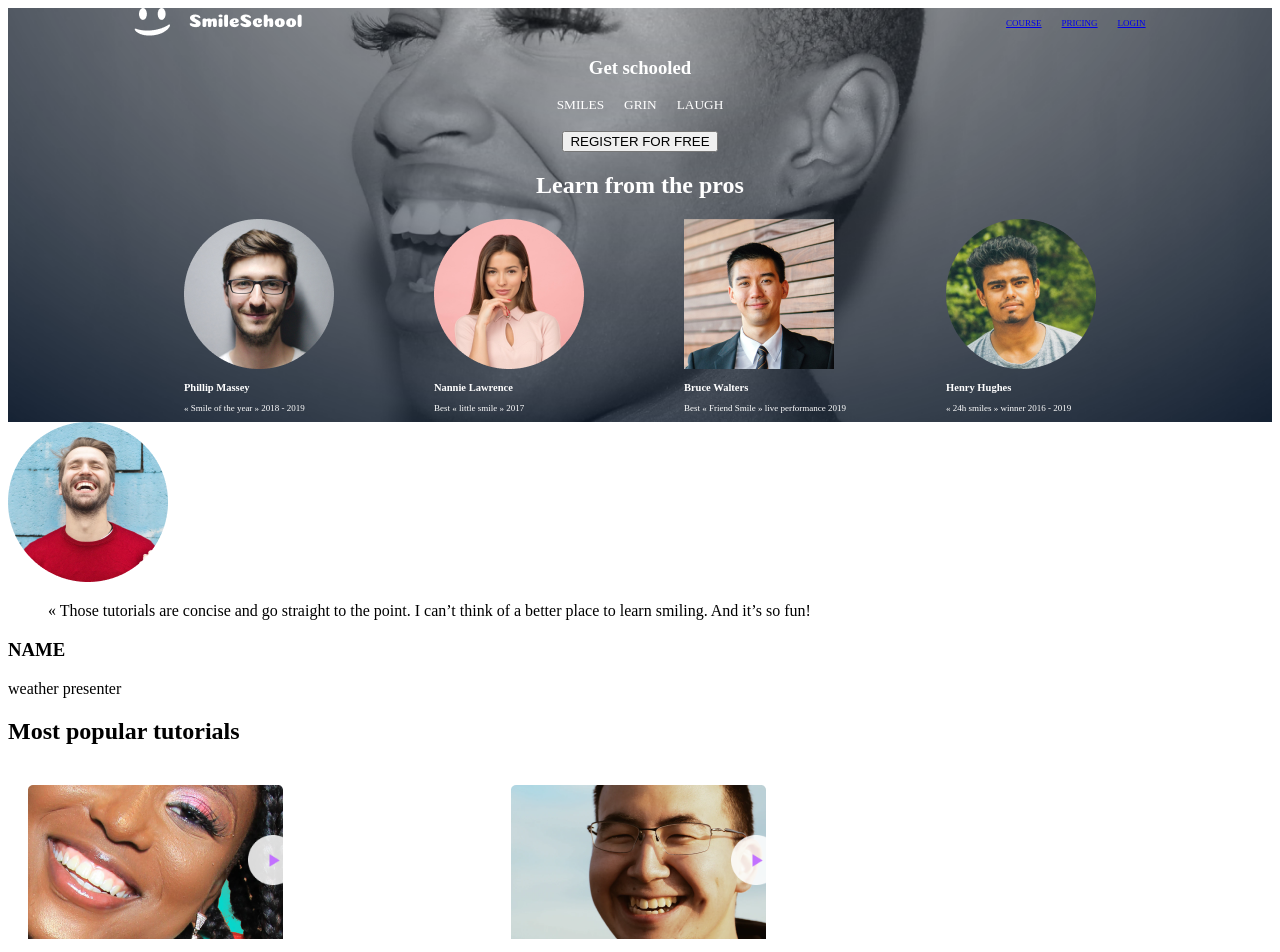
Repository: mwihakiann/alx_html_css
Page: css_advanced/index.html
An editor plug-in stored every save of this project. The page is shown before and after a run of saves, followed by the edit.
The browser window is 1280 px wide. The pictures show the part of the page from y = 0 to 952 px (the page is 3272 px tall).
A picture or video elsewhere on the page could not be fetched, so the positions and the page height are approximate. Some web libraries are served in a nearby version.

Above is the page before, as saved 2025-09-28 17:55:50.

### css_advanced/index.html
<!DOCTYPE html>
<html lang="en">
<head>
  <meta charset="UTF-8">
  <meta name="viewport" content="width=device-width, initial-scale=1.0">
  <script src="https://kit.fontawesome.com/4a2b055604.js" crossorigin="anonymous"></script>
  <title>Document</title>
  <link rel="stylesheet" href="styles.css">
</head>
<body>
    <section class="first-page">
  <header>
    <nav>
      <img src="./images/logo.png" alt="logo">
      <ul>
        <li><a href="#">COURSE</a></li>
        <li><a href="#">PRICING</a></li>
        <li><a href="#">LOGIN</a></li>
      </ul>
    </nav>
  </header>

  <main>
    <section>
      <div class="intro">
        <h1>Get schooled</h1>
        <div class="horizontal-stack">
        <span>SMILES</span>
        <span>GRIN</span>
        <span>LAUGH</span>
        </div>
        <br>
        <button>REGISTER FOR FREE</button>
      </div>
      <div class="learn-from-pros">
        <h2>Learn from the pros</h2>
        <div class="pros">
          <div>
            <img src="./images/1.png" alt="">
            <h3>Phillip Massey</h3>
            <p>« Smile of the year » 2018 - 2019</p>
          </div>
          <div>
            <img src="./images/3.png" alt="">
            <h3>Nannie Lawrence</h3>
            <p>Best « little smile » 2017</p>
          </div>
          <div>
            <img src="./images/2.png" alt="">
            <h3>Bruce Walters</h3>
            <p>Best « Friend Smile » live performance 2019</p>
          </div>
          <div>
            <img src="./images/4.png" alt="">
            <h3>Henry Hughes</h3>
            <p>« 24h smiles » winner 2016 - 2019</p>
          </div>
        </div>
      </div>
    </section>
</section>

    <section>
      <div>
        <img src="./images/5.png" alt="image">
      </div>
      <div>
        <blockquote>« Those tutorials are concise and go straight to the point. I can’t think of a better place to learn smiling. And it’s so fun!</blockquote>
        <h3>NAME</h3>
        <p>weather presenter</p>
      </div>
    </section>

    <section>
      <h2>Most popular tutorials</h2>

      <div class="tutorial-card">
        <img src="./images/9.png" alt="Diagonal Smile">
        <img src="./images/play.png" alt="play button" class="play-btn">
        <h3>Diagonal Smile</h3>
        <p>Lorem ipsum dolor sit amet, consect adipiscing elit, sed do eiusmod.</p>
        <div>
          <img src="./images/1 (3).png" alt="">
          <h4>Phillip Massey</h4>
        </div>
        <div>
          <div><i class="fa-solid fa-star"></i></div>
          <div><i class="fa-solid fa-star"></i></div>
          <div><i class="fa-solid fa-star"></i></div>
          <div><i class="fa-solid fa-star"></i></div>
          <div><i class="fa-solid fa-star"></i></div>
        </div>
        <p>8 min</p>
      </div>

      <div class="tutorial-card">
        <img src="./images/6.png" alt="Happy Smile">
        <img src="./images/play.png" alt="play button" class="play-btn">
        <h3>Happy Smile</h3>
        <p>Lorem ipsum dolor sit amet, consect adipiscing elit, sed do eiusmod.</p>
        <div>
          <img src="./images/1 (3).png" alt="">
          <h4>Phillip Massey</h4>
        </div>
        <div>
          <div><i class="fa-solid fa-star"></i></div>
          <div><i class="fa-solid fa-star"></i></div>
          <div><i class="fa-solid fa-star"></i></div>
          <div><i class="fa-solid fa-star"></i></div>
          <div><i class="fa-solid fa-star"></i></div>
        </div>
        <p>8 min</p>
      </div>

      <div class="tutorial-card">
        <img src="./images/8.png" alt="Natural Smile">
        <img src="./images/play.png" alt="play button" class="play-btn">
        <h3>Natural Smile</h3>
        <p>Lorem ipsum dolor sit amet, consect adipiscing elit, sed do eiusmod.</p>
        <div>
          <img src="./images/1.png" alt="">
          <h4>Phillip Massey</h4>
        </div>
        <div>
          <div><i class="fa-solid fa-star"></i></div>
          <div><i class="fa-solid fa-star"></i></div>
          <div><i class="fa-solid fa-star"></i></div>
          <div><i class="fa-solid fa-star"></i></div>
          <div><i class="fa-solid fa-star"></i></div>
        </div>
        <p>8 min</p>
      </div>

      <div class="tutorial-card">
        <img src="./images/7.png" alt="Sad Smile">
        <img src="./images/play.png" alt="play button" class="play-btn">
        <h3>Sad Smile</h3>
        <p>Lorem ipsum dolor sit amet, consect adipiscing elit, sed do eiusmod.</p>
        <div>
          <img src="./images/1.png" alt="">
          <h4>Phillip Massey</h4>
        </div>
        <div>
          <div><i class="fa-solid fa-star"></i></div>
          <div><i class="fa-solid fa-star"></i></div>
          <div><i class="fa-solid fa-star"></i></div>
          <div><i class="fa-solid fa-star"></i></div>
          <div><i class="fa-solid fa-star"></i></div>
        </div>
        <p>8 min</p>
      </div>
    </section>

    <section>
      <h2>Free membership</h2>
      <div>
        <img src="./images/smile.png" alt="">
        <h3>Lorem Ipsum</h3>
        <p>Lorem ipsum dolor sit amet, consectetur adipiscing elit.</p>
      </div>
      <div>
        <img src="./images/smile.png" alt="">
        <h3>Lorem Ipsum</h3>
        <p>Lorem ipsum dolor sit amet, consectetur adipiscing elit.</p>
      </div>
      <div>
        <img src="./images/smile.png" alt="">
        <h3>Lorem Ipsum</h3>
        <p>Lorem ipsum dolor sit amet, consectetur adipiscing elit.</p>
      </div>
      <div>
        <img src="./images/smile.png" alt="">
        <h3>Lorem Ipsum</h3>
        <p>Lorem ipsum dolor sit amet, consectetur adipiscing elit.</p>
      </div>
      <button>REGISTER FOR FREE</button>
    </section>

    <section>
      <h2>F.A.Q</h2>
      <div>
        <div>
          <div>
            <h3>How does this work?</h3>
          </div>
          <div>
            Lorem ipsum dolor sit amet, consectetur adipiscing elit, sed do eiusmod tempor incididunt ut labore et dolore magna aliqua.
          </div>

          <div>
            <h3>How does this work?</h3>
          </div>
          <div>
            Lorem ipsum dolor sit amet, consectetur adipiscing elit, sed do eiusmod tempor incididunt ut labore et dolore magna aliqua.
          </div>
        </div>
        <div>
          <div>
            <h3>How does this work?</h3>
          </div>
          <div>
            Lorem ipsum dolor sit amet, consectetur adipiscing elit, sed do eiusmod tempor incididunt ut labore et dolore magna aliqua.
          </div>
          <div>
            <h3>How does this work?</h3>
          </div>
          <div>
            Lorem ipsum dolor sit amet, consectetur adipiscing elit, sed do eiusmod tempor incididunt ut labore et dolore magna aliqua.
          </div>
        </div>
      </div>
    </section>
  </main>

  <footer>
    <section>
      <div>
        <img src="./images/logo.png" alt="logo">
        <div>
          <i class="fa-brands fa-facebook"></i>
          <i class="fa-brands fa-twitter"></i>
          <i class="fa-brands fa-instagram"></i>
        </div>
      </div>
      <p>©smileschool 2020</p>
    </section>
  </footer>
</body>
</html>

### css_advanced/styles.css
nav ul{
    display: flex;
    gap: 20px;
    list-style: none;
    color: white;
    text-decoration: none;
}
nav{
    display: flex;
    justify-content: space-between;
    align-items: center;
    margin-left: 10%;
    margin-right: 10%;
    font-size: xx-small;
}
.first-page{
    background-image: url(./images/Object.png);
    background-size: cover;
    background-position: center;
    color: white;
}
.intro{
    display: flex;
    flex-direction: column;
    justify-content: center;
    align-items: center;
    gap: 0;
}
h1{
    font-size: 40;
}
.learn-from-pros{
    display: flex;
    flex-direction: column;
    justify-content: center;
    align-items: center;
    font-size: medium;
}
.pros{
    display: flex;
    font-size:xx-small;
    gap: 100px;
}
.horizontal-stack{
   display: flex;
    gap: 20px;
    font-size: smaller;
}
.tutorial-card {
    position: relative;
    display: inline-block;
    margin: 20px;
  }

  .tutorial-card img {
    display: block;
  }

  .tutorial-card .play-btn {
    position: absolute;
    top: 50px;
    left: 50%;
    transform: translateX(-50 -50%);
    width: 50px;
    height: 50px;
    pointer-events: none;
  }

After the next 2 saves:
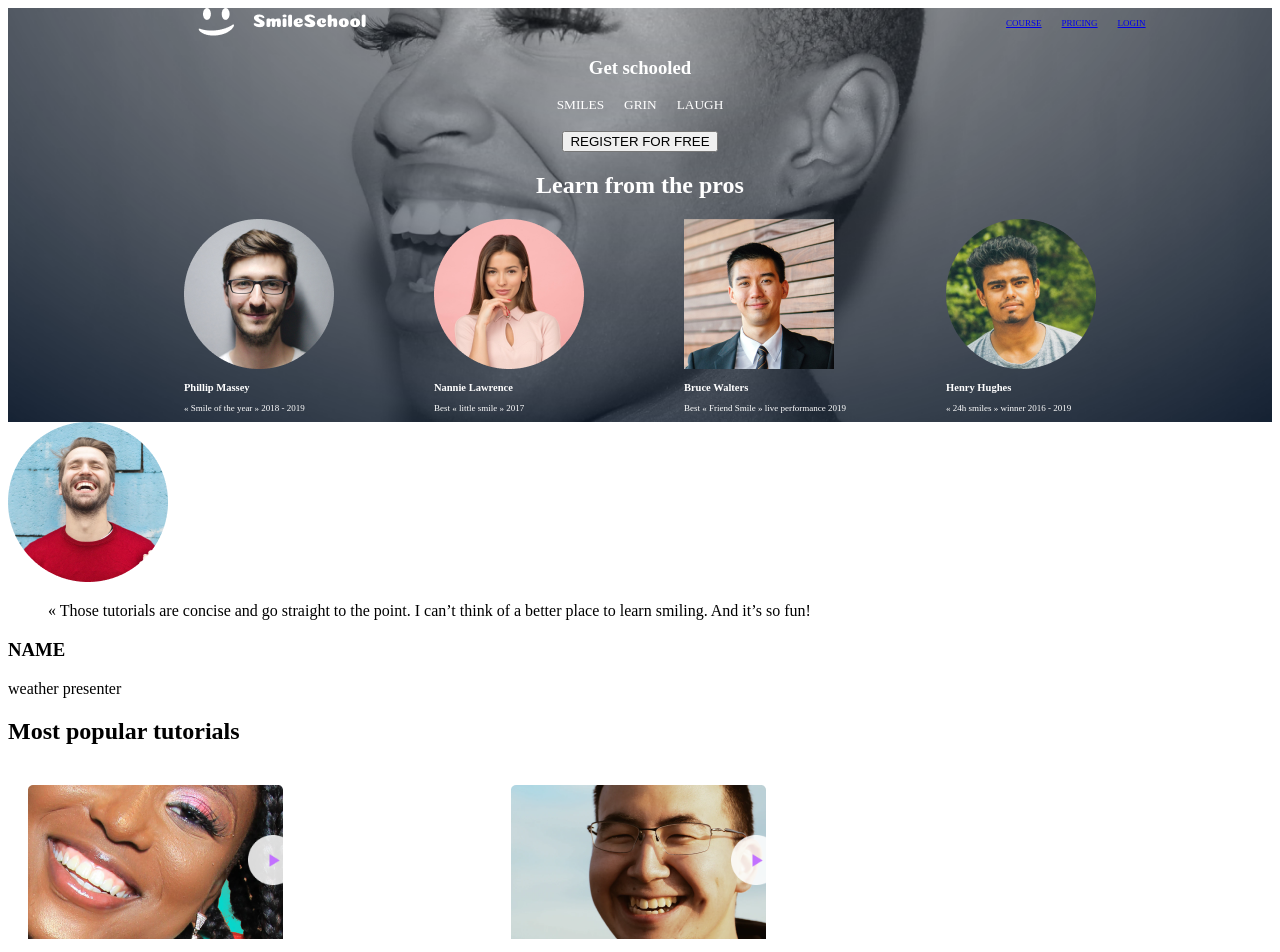
The 2 saves are shown as one change because they came seconds apart.
The last was saved 26 s later.
--- a/css_advanced/styles.css
+++ b/css_advanced/styles.css
@@ -9,7 +9,7 @@ nav{
     display: flex;
     justify-content: space-between;
     align-items: center;
-    margin-left: 10%;
+    margin-left: 15%;
     margin-right: 10%;
     font-size: xx-small;
 }
